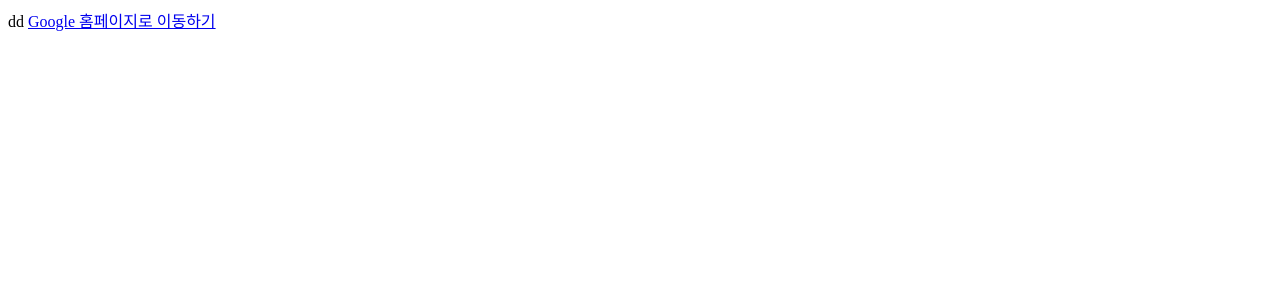
Repository: suinautant/learnCode
Page: http://localhost/JSPBook/ch05/ex05_response.jsp
The author's editor kept a copy of each file at every save. The page is drawn from the files as they stood at one save, then again after the next save.
The browser window is 1280 px wide. The pictures show the whole page.
The page is served by Tomcat 9. Other server files are loaded and not shown.

Above is the page before, as saved 2021-07-01 05:15:33.

### jsp/JSPBook/WebContent/ch05/ex05_response.jsp
<%@page import="java.util.*"%>
<%@ page language="java" contentType="text/html; charset=UTF-8" pageEncoding="UTF-8"%>
<!DOCTYPE html>
<html>
<head>
<meta charset="UTF-8">
<title>Insert title here</title>
</head>
<body>
	<%
		response.setIntHeader("Refresh", 5);
	Calendar cal = Calendar.getInstance();
	int hour = cal.get(Calendar.HOUR);
	int minute = cal.get(Calendar.MINUTE);
	int second = cal.get(Calendar.SECOND);
	String ampm = "";

	if (hour >12) {
		ampm = "PM";
	} else {
		ampm = "PM";
	}

	out.print("dd");

	%>
	<a href="./ex05_response_data.jsp">Google 홈페이지로 이동하기</a>

</body>
</html>

After the next save:
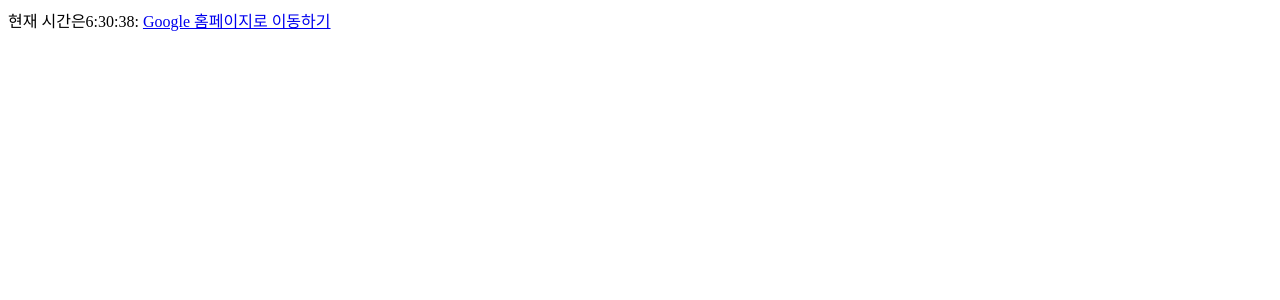
Saved 56 s later.
--- a/jsp/JSPBook/WebContent/ch05/ex05_response.jsp
+++ b/jsp/JSPBook/WebContent/ch05/ex05_response.jsp
@@ -15,14 +15,13 @@
 	int second = cal.get(Calendar.SECOND);
 	String ampm = "";
 
-	if (hour >12) {
+	if (hour > 12) {
 		ampm = "PM";
 	} else {
 		ampm = "PM";
 	}
 
-	out.print("dd");
-
+	out.print("현재 시간은" + hour + ":" + minute + ":" + second + ":");
 	%>
 	<a href="./ex05_response_data.jsp">Google 홈페이지로 이동하기</a>
 
